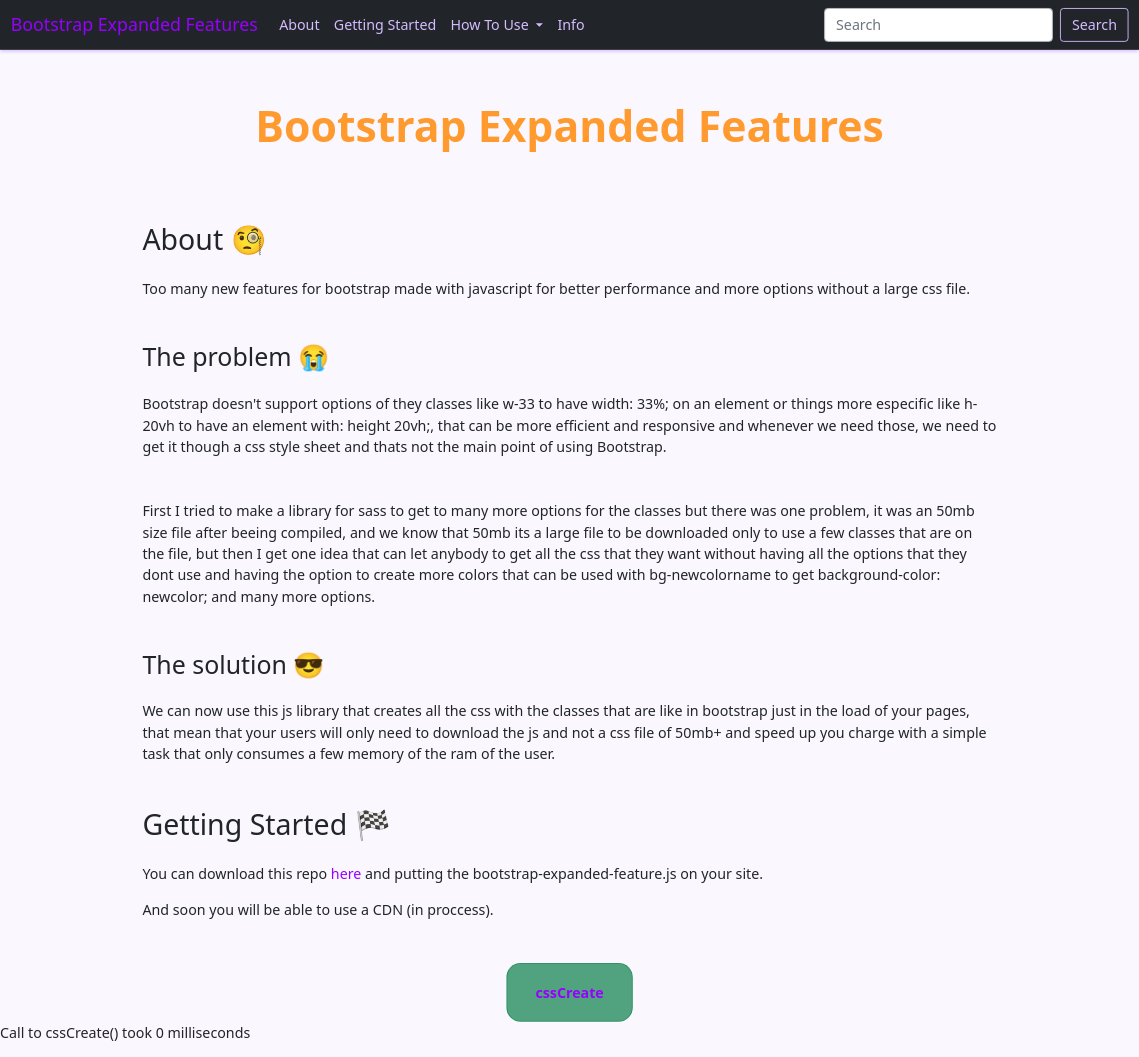
Repository: LynxPardelle/bootstrap-expanded-features
Page: index.html
The author's editor kept a copy of each file at every save. The page is drawn from the files as they stood at one save, then again after the next save.
The browser window is 1280 px wide. The pictures show the whole page, at 89% of full size.

Above is the page before, as saved 2021-12-31 07:28:06.

After the next save:
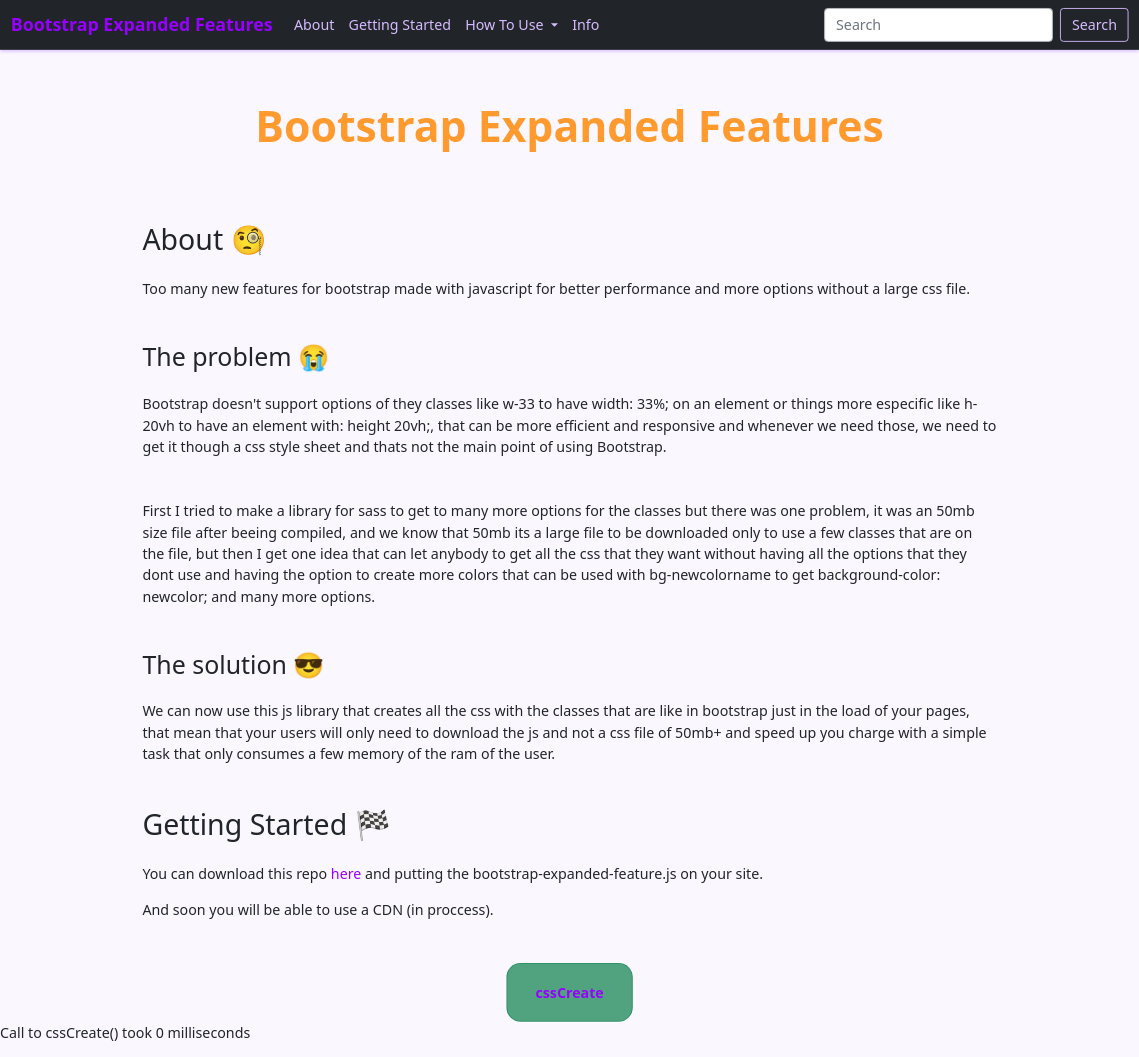
Saved 43 h 43 min later.
--- a/index.html
+++ b/index.html
@@ -28,7 +28,7 @@
         "
       >
         <div class="container-fluid">
-          <a class="navbar-brand bef bef-text-futurePop" href="#"
+          <a class="navbar-brand bef bef-text-futurePop fw-bold" href="#"
             >Bootstrap Expanded Features</a
           >
           <button
